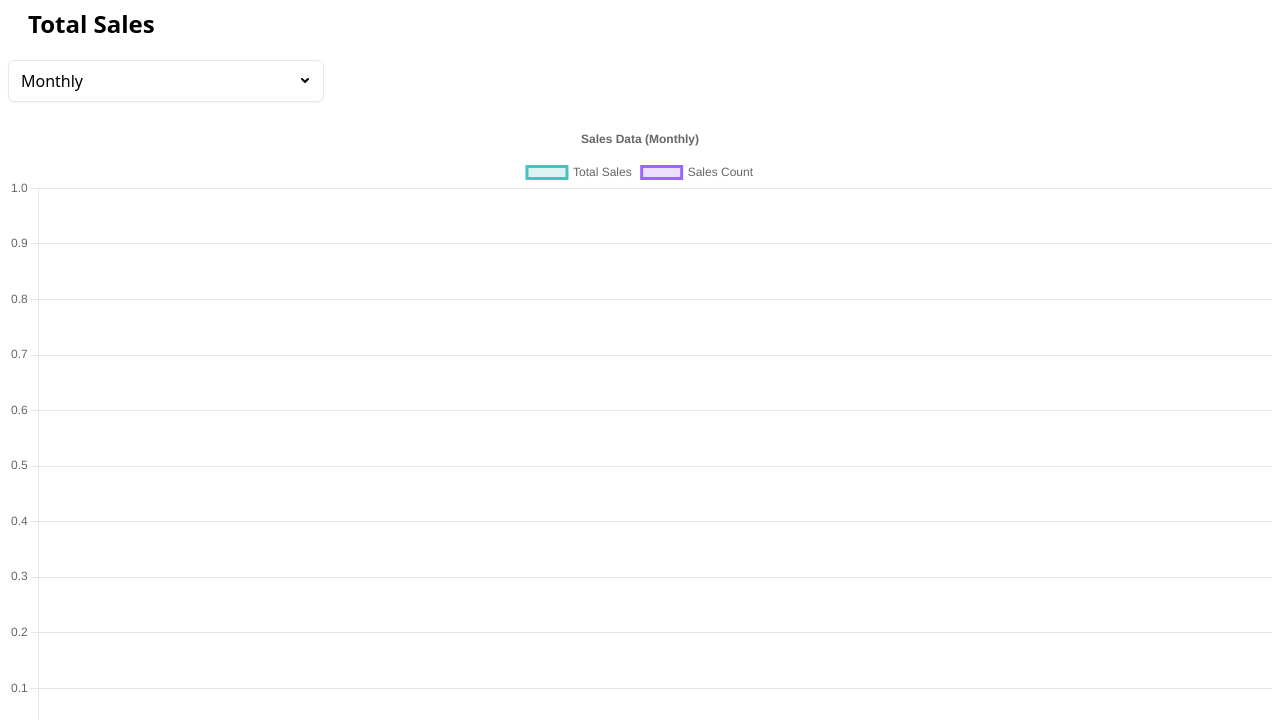
Repository: Qu4ntumGuy/visualize-it
Page: / (app in frontend/)
An editor plug-in stored every save of this project. The page is shown before and after the next save, followed by the edit.
The browser window is 1280 px wide. The pictures show the whole page.
The page's requests for data from a server got no answer. An inner scrolling area shows only its first screen. The project was rebuilt for these pictures with package versions that can differ from the ones it lists, and the page was loaded fresh each time. No one was signed in, and anything a server would have sent is missing.

Above is the page before, as saved 2024-08-19 15:08:22.

After the next save:
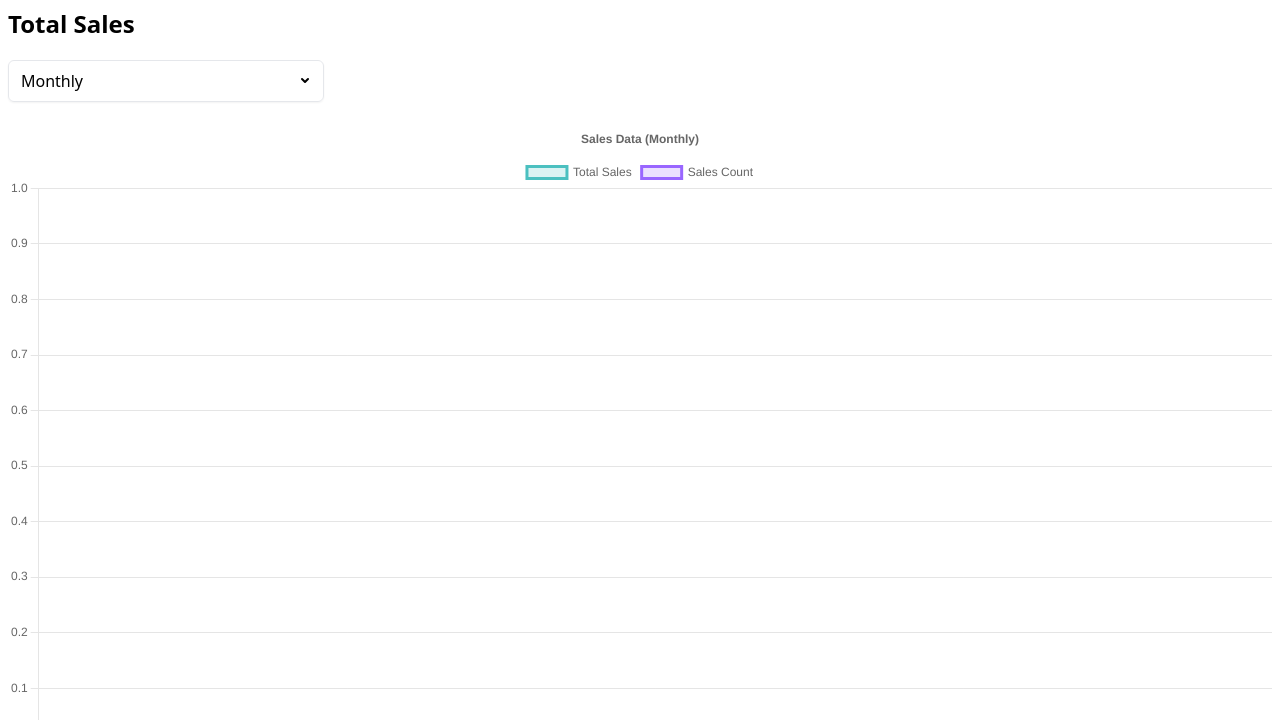
Saved 12 s later.
--- a/frontend/src/App.js
+++ b/frontend/src/App.js
@@ -31,7 +31,7 @@ function App() {
   return (
     <div className="h-screen overflow-hidden">
       <div className="h-screen overflow-y-auto p-2 max-w-7xl mx-auto">
-        <div className=" text-2xl font-semibold ml-5">Total Sales</div>
+        <div className=" text-2xl font-semibold">Total Sales</div>
         <div className=" w-1/4 my-5">
           <Dropdown
             options={[
